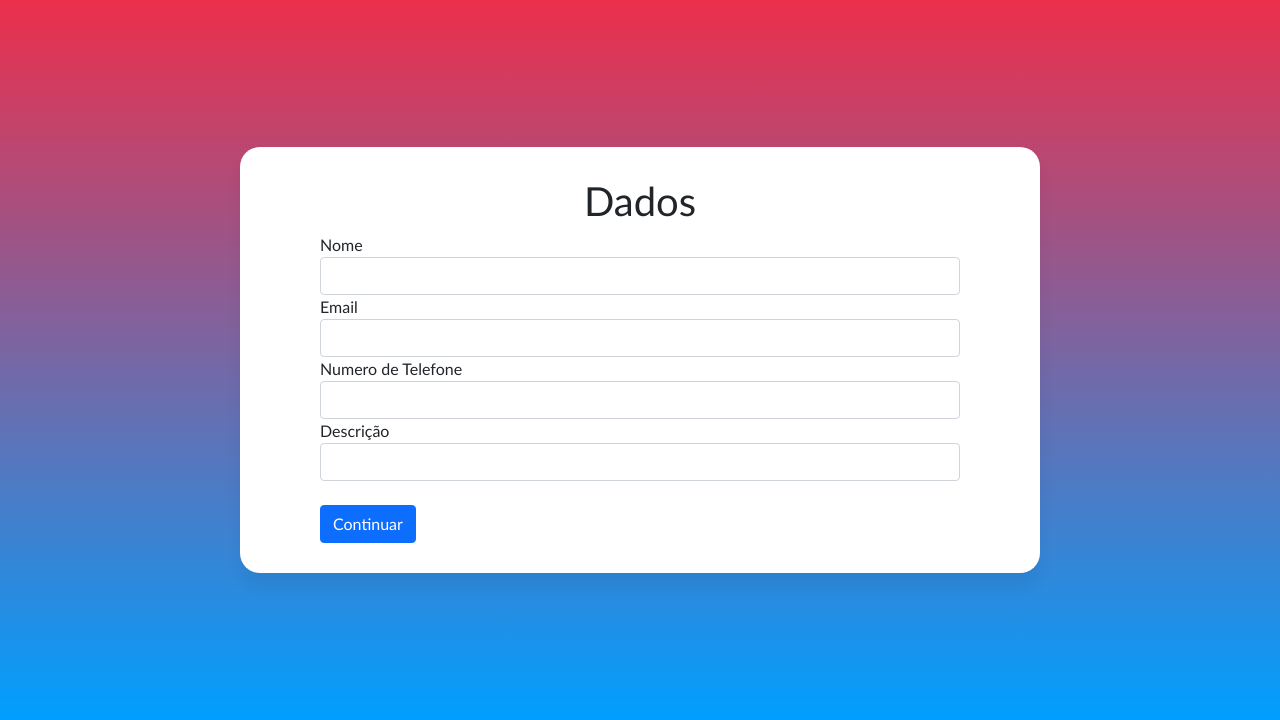
Repository: DeanLemosXD/ReactJS-3steps-form
Page: /
These files come from the project's save history. The page is drawn as it stood at one moment and after the next save; the edit follows.
The browser window is 1280 px wide. The pictures show the whole page.
The project was rebuilt for these pictures with package versions that can differ from the ones it lists, and the page was loaded fresh each time. Imported but missing from the stored project, and not drawn on this page: src/components/Confirm, src/components/OtherData.

Above is the page before, as saved 2021-10-26 17:18:52.

### src/App.js
import React from 'react';
import './App.css';
import Form from './components/Form.js';

function App() {
  return (
    <div className="App">
      <div className="container">
     <Form />
      </div>

    </div>
  );
}

export default App;

### src/App.css
.App {
  display: flex;
  justify-content: center;
  align-items: center;
  flex-direction: column;
  height: 100vh;
  background: #009FFF;  /* fallback for old browsers */
  background: -webkit-linear-gradient(to bottom, #ec2F4B, #009FFF);  /* Chrome 10-25, Safari 5.1-6 */
  background: linear-gradient(to bottom, #ec2F4B, #009FFF); /* W3C, IE 10+/ Edge, Firefox 16+, Chrome 26+, Opera 12+, Safari 7+ */





}

.form-container {
  font-family:'Trebuchet MS', 'Lucida Sans Unicode', 'Lucida Grande', 'Lucida Sans', Arial, sans-serif;
  background: #fff;
  border-radius: 20px;
  padding: 30px 80px;
  max-width: 800px;
  margin: 0 auto;
  box-shadow: 0 15px 16px .17px rgba(0,0,0,0.05);
}

h1 {
  text-align: center;
}

### src/components/Form.js
import React, { Component } from 'react'
import AccountSetup from './AccountSetup';
import OtherData from './OtherData';
import Confirm from './Confirm';

export class form extends Component {
    state = {
        step: 1,
        name: '',
        email: '',
        phone: '',
        description: '',
        workplace: '',
        DOC: '',
        linkedin: '',

    };

    nextStep = () => {
        const { step } = this.state;
        this.setState({step: step + 1});
    };

    prevStep = () => {
        const { step } = this.state;
        this.setState({step: step - 1});
    }

    inputChange = input => e => {
        this.setState({
            [input]: e.target.value
        })
    };

    render() {
        const { step } = this.state;
        const { name, email, phone, description, workplace, DOC, linkedin } = this.state;
        const values = { name, email, phone, description, workplace, DOC, linkedin };

        // eslint-disable-next-line default-case
        switch(step) {
            case 1:
                return (
                    <AccountSetup
                    nextStep={this.nextStep}
                    inputChange={this.inputChange}
                    values={values}
                    />
                );
                case 2:
                    return (
                        <OtherData
                        nextStep={this.nextStep}
                        prevStep={this.prevStep}
                        inputChange={this.inputChange}
                        values={values}
                         />
                    );
                    case 3:
                        return (
                            <Confirm
                            nextStep={this.nextStep}
                            prevStep={this.prevStep}
                            inputChange={this.inputChange}
                            values={values}
                            />
                        );
        }
    }
}

export default form

### src/components/AccountSetup.js
import React, { Component } from 'react'

export class AccountSetup extends Component {
    continue = e => {
        e.preventDefault();
        this.props.nextStep();
    }
    render() {
        const { values, inputChange } = this.props;

        return (
            <div className="form-container">
                <h1 className="mb-S">Dados</h1>
                <div className="form-group">
                    <label htmlFor="name">Nome</label>
                    <input type="text" className="form-control" name="name" onChange={inputChange('name')} value={values.name} />
                </div>
                <div className="form-group">
                    <label htmlFor="email">Email</label>
                    <input type="text" className="form-control" name="email" onChange={inputChange('email')} value={values.email} />
                </div>
                <div className="form-group">
                    <label htmlFor="phone">Numero de Telefone</label>
                    <input type="text" className="form-control" name="phone" onChange={inputChange('phone')} value={values.phone} />
                </div>
                <div className="form-group">
                    <label htmlFor="description">Descrição</label>
                    <input type="text" className="form-control" name="description" onChange={inputChange('description')} value={values.description} />
                </div>

                <br />

            <div className="text-right">
                <button className="btn btn-primary" onClick={this.continue}>Continuar</button>
            </div>
            </div>
        )
    }
}

export default AccountSetup

Loaded but not shown: public/index.html (common file); src/index.js (common file); src/index.css (common file); src/reportWebVitals.js (common file)

After the next save:
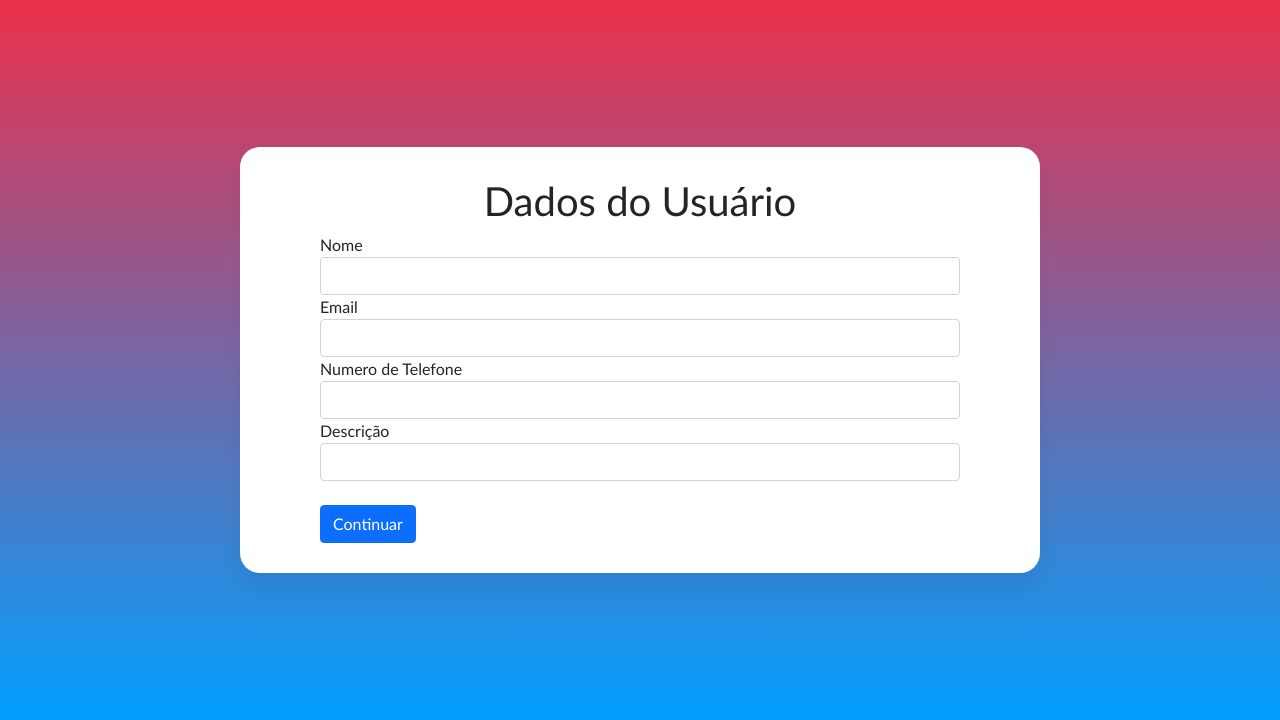
Saved 9 s later.
--- a/src/components/AccountSetup.js
+++ b/src/components/AccountSetup.js
@@ -10,7 +10,7 @@ export class AccountSetup extends Component {
 
         return (
             <div className="form-container">
-                <h1 className="mb-S">Dados</h1>
+                <h1 className="mb-S">Dados do Usuário</h1>
                 <div className="form-group">
                     <label htmlFor="name">Nome</label>
                     <input type="text" className="form-control" name="name" onChange={inputChange('name')} value={values.name} />
